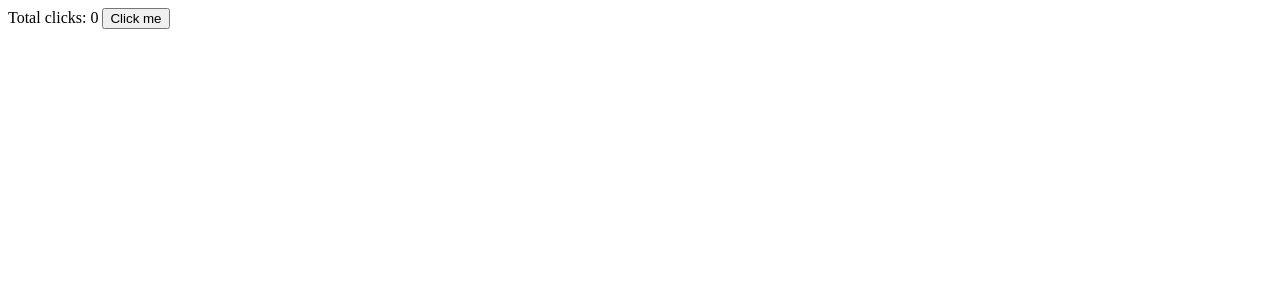
Repository: gomtak/react-in-html
Page: index.html
An editor plug-in stored every save of this project. The page is shown before and after the next save, followed by the edit.
The browser window is 1280 px wide. The pictures show the whole page.
After loading, the first visible `#btn` was clicked once.

Above is the page before, as saved 2022-12-20 17:55:54.

After the next save:
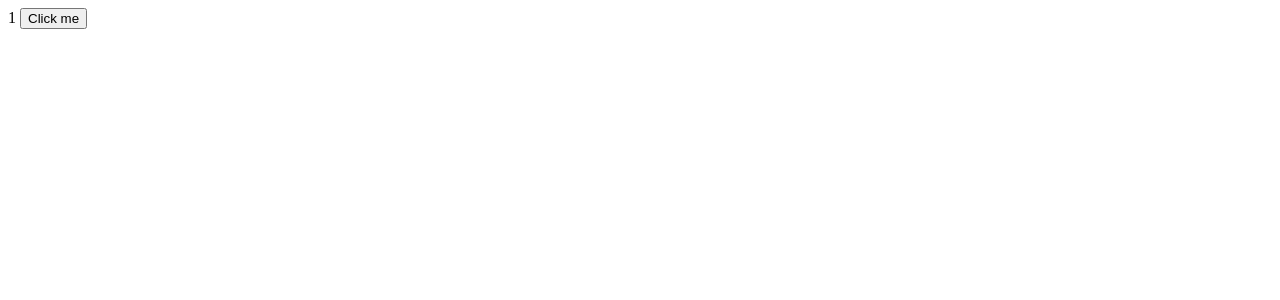
Saved 7 s later.
--- a/index.html
+++ b/index.html
@@ -10,6 +10,7 @@
         const span = document.querySelector("span");
         function handleClick() {
             counter = counter + 1;
+            span.innerText = counter;
         }
         button.addEventListener("click", handleClick)
     </script>

After the save that followed:
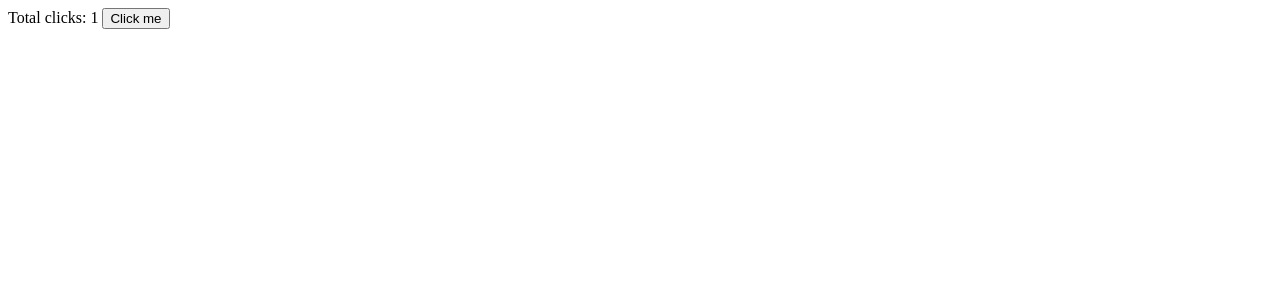
Saved 25 s later.
--- a/index.html
+++ b/index.html
@@ -10,7 +10,7 @@
         const span = document.querySelector("span");
         function handleClick() {
             counter = counter + 1;
-            span.innerText = counter;
+            span.innerText = `Total clicks: ` + counter;
         }
         button.addEventListener("click", handleClick)
     </script>
